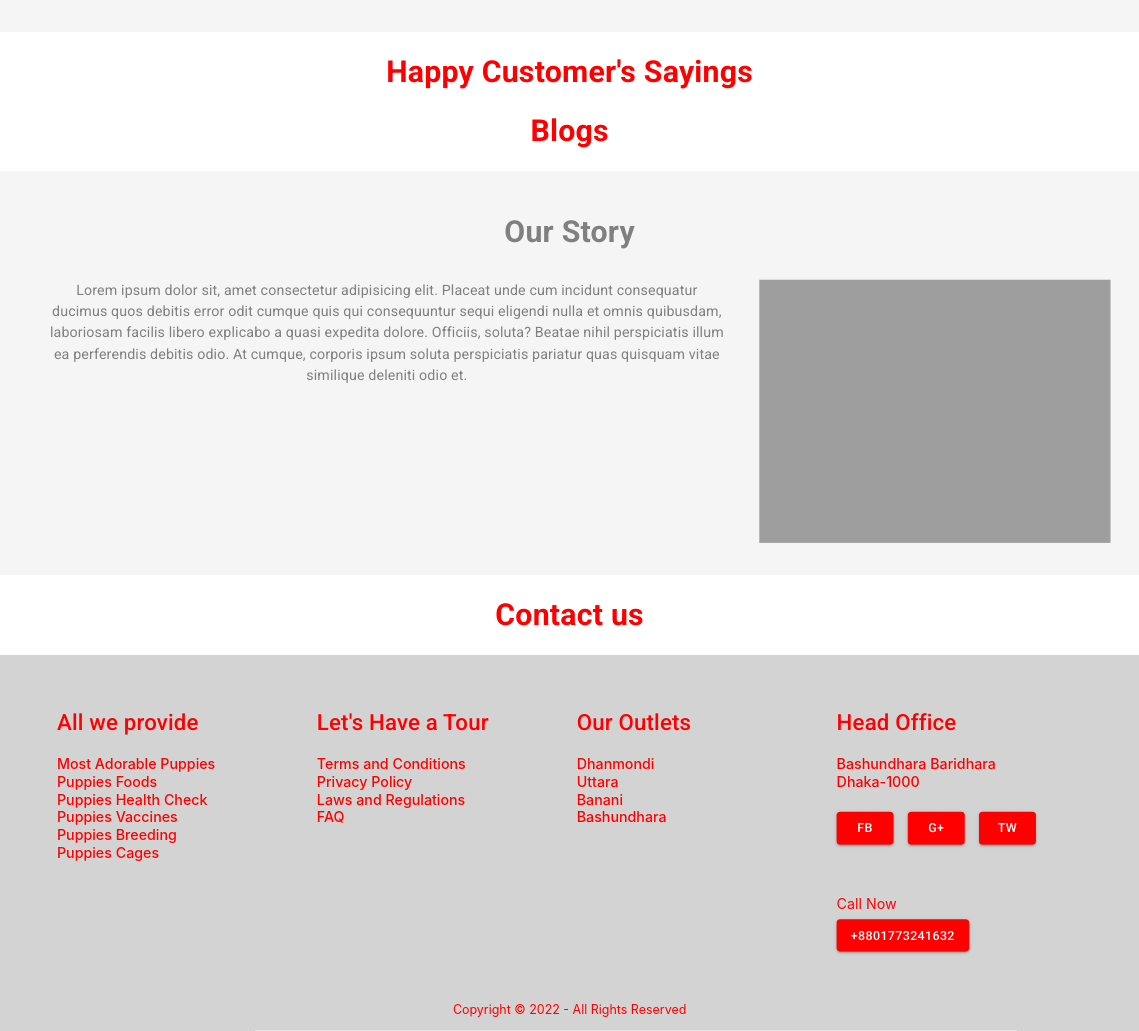
Repository: Sharif-00112/dogos-paradise-client
Page: /
The author's editor kept a copy of each file at every save. The page is drawn from the files as they stood at one save, then again after the next save.
The browser window is 1280 px wide. The pictures show the part of the page from y = 1582 to 2740 px (the page is 2740 px tall), at 89% of full size.
Pictures or frames that could not be fetched are drawn as grey boxes. The page's requests for data from a server got no answer. The project was rebuilt for these pictures with package versions that can differ from the ones it lists, and the page was loaded fresh each time. Some packages were replaced by stand-ins written for this rebuild. No one was signed in, and anything a server would have sent is missing. Also part of the build but not shown: src/Pages/Home/Dog/Dog.js, src/Pages/Login/Login/Login.js, src/Pages/Login/Register/Register.js, src/Pages/NotFound/NotFound.js.

Above is the page before, as saved 2022-12-05 22:33:04.

### public/index.html
<!DOCTYPE html>
<html lang="en">
  <head>
    <meta charset="utf-8" />
    <link rel="icon" href="%PUBLIC_URL%/favicon.ico" />
    <meta name="viewport" content="width=device-width, initial-scale=1" />
    <meta name="theme-color" content="#000000" />
    <meta
      name="description"
      content="Web site created using create-react-app"
    />
    <link
      rel="stylesheet" href="https://fonts.googleapis.com/css?family=Roboto:300,400,500,700&display=swap"
    />

    <link rel="apple-touch-icon" href="%PUBLIC_URL%/logo192.png" />
    <!--
      manifest.json provides metadata used when your web app is installed on a
      user's mobile device or desktop. See https://developers.google.com/web/fundamentals/web-app-manifest/
    -->
    <link rel="manifest" href="%PUBLIC_URL%/manifest.json" />
    <!--
      Notice the use of %PUBLIC_URL% in the tags above.
      It will be replaced with the URL of the `public` folder during the build.
      Only files inside the `public` folder can be referenced from the HTML.

      Unlike "/favicon.ico" or "favicon.ico", "%PUBLIC_URL%/favicon.ico" will
      work correctly both with client-side routing and a non-root public URL.
      Learn how to configure a non-root public URL by running `npm run build`.
    -->
    <title>React App</title>
  </head>
  <body>
    <noscript>You need to enable JavaScript to run this app.</noscript>
    <div id="root"></div>
    <!--
      This HTML file is a template.
      If you open it directly in the browser, you will see an empty page.

      You can add webfonts, meta tags, or analytics to this file.
      The build step will place the bundled scripts into the <body> tag.

      To begin the development, run `npm start` or `yarn start`.
      To create a production bundle, use `npm run build` or `yarn build`.
    -->
  </body>
</html>

### src/App.js
import React  from 'react';
import './App.css';
import { BrowserRouter as Router, Route, Routes} from 'react-router-dom';
import Home from './Pages/Home/Home/Home';
import Login from './Pages/Login/Login/Login';
import Register from './Pages/Login/Register/Register';
import AuthProvider from './contexts/AuthProvider/AuthProvider';
// import PrivateRoute from './Pages/Login/PrivateRoute/PrivateRoute';
import NotFound from './Pages/NotFound/NotFound';
import Contact from './Pages/Home/Contact/Contact';
import Story from './Pages/Home/Story/Story';
import CustomerReviews from './Pages/Home/CustomerReviews/CustomerReviews';
import Blogs from './Pages/Home/Blogs/Blogs';
import About from './Pages/Home/About/About';
import Dogs from './Pages/Home/Dogs/Dogs';
// import Footer from './Pages/Shared/Footer/Footer';
// import Dashboard from './Pages/Dashboard/Dashboard/Dashboard';

function App() {
  return (
    <div className="App">
      <AuthProvider>
        <Router>
          <Routes>
            <Route exact path = '/' element={<Home/>}/>
            <Route exact path = '/home' element={<Home/>}/>
            <Route exact path = '/login' element={<Login/>}/>
            <Route exact path = '/register' element={<Register/>}/>
            <Route exact path = '/contact' element={<Contact/>}/>
            <Route exact path = '/dogs' element={<Dogs/>}/>
            <Route exact path = '/story' element={<Story/>}/>
            <Route exact path = '/reviews' element={<CustomerReviews/>}/>
            <Route exact path = '/blogs' element={<Blogs/>}/>
            <Route exact path = '/about' element={<About/>}/>
            {/* <Route exact path = '/appointment' element = {
              <PrivateRoute>
                <Appointment></Appointment>
              </PrivateRoute>
            }> </Route> */}
            {/* <Route path = 'dashboard/*' element = {
              <PrivateRoute>
                <Dashboard></Dashboard>
              </PrivateRoute>
            }> </Route> */}
            <Route path = '*' element={<NotFound/>}/>
          </Routes>
          {/* <Footer></Footer> */}
        </Router>
      </AuthProvider>
    </div>
  );
}

export default App;

### src/Pages/Home/Home/Home.js
import React from 'react';
import Footer from '../../Shared/Footer/Footer';
import Navigation from '../../Shared/Navigation/Navigation';
import About from '../About/About';
import Banner from '../Banner/Banner';
import Blogs from '../Blogs/Blogs';
import Contact from '../Contact/Contact';
import CustomerReviews from '../CustomerReviews/CustomerReviews';
import Dogs from '../Dogs/Dogs';
import Story from '../Story/Story';

const Home = () => {
    return (
        <div>
            <Navigation></Navigation>
            <Banner></Banner>
            <Dogs></Dogs>
            <Story></Story>
            <CustomerReviews></CustomerReviews>
            <Blogs></Blogs>
            <About></About>
            <Contact></Contact>
            <Footer></Footer>
        </div>
    );
};

export default Home;

### src/contexts/AuthProvider/AuthProvider.js
import React from 'react';
import { createContext } from 'react';
import useFirebase from '../../hooks/useFirebase';

//step-1-context
export const AuthContext = createContext();

const AuthProvider = (props) => {
    //step-3-context
    const {children} = props;

    //step-5-context
    const allContexts = useFirebase();

    return (
        //step-2-context
        <AuthContext.Provider value={allContexts}>
            {children}
        </AuthContext.Provider>
    );
};

export default AuthProvider;

### src/Pages/Home/Contact/Contact.js
import React from 'react';
import { Typography } from '@mui/material';

const Contact = () => {
    return (
        <div>
            <Typography sx={{ m: 3, color: 'red', fontWeight: 600 }} variant="h4" component="div">
                Contact us
            </Typography>
        </div>
    );
};

export default Contact;

### src/Pages/Home/Story/Story.js
import React from 'react';
import { Typography } from '@mui/material';
import Box from '@mui/material/Box';
import Grid from '@mui/material/Unstable_Grid2';


const Story = () => {
    return (
        <Box sx={{backgroundColor:"whitesmoke", p:4}}>
            <Typography sx={{ mt: 2, mb:4, color: 'gray', fontWeight: 600 }} variant="h4" component="div">
                Our Story
            </Typography>
            <Box sx={{ flexGrow: 1 }}>
                <Grid container spacing={2}>
                    <Grid xs={6} md={4}>
                        <img style={{ width: '100%'}} src="https://i.ibb.co/M8w31YS/dog-story.jpg" alt="dog-story" />
                    </Grid>
                    <Grid xs={6} md={8}>
                        <Typography sx={{ mx: 1, my:3, color: 'gray', fontWeight: 400 }} variant="body1" component="div">
                            Lorem ipsum dolor sit, amet consectetur adipisicing elit. Placeat unde cum incidunt consequatur ducimus quos debitis error odit cumque quis qui consequuntur sequi eligendi nulla et omnis quibusdam, laboriosam facilis libero explicabo a quasi expedita dolore. Officiis, soluta? Beatae nihil perspiciatis illum ea perferendis debitis odio. At cumque, corporis ipsum soluta perspiciatis pariatur quas quisquam vitae similique deleniti odio et.
                        </Typography>
                    </Grid>
                </Grid>
            </Box>
        </Box>
    );
};

export default Story;

### src/Pages/Home/CustomerReviews/CustomerReviews.js
import React from 'react';
import { Typography } from '@mui/material';


const CustomerReviews = () => {
    return (
        <div>
            <Typography sx={{ m: 3, color: 'red', fontWeight: 600 }} variant="h4" component="div">
                Happy Customer's Sayings
            </Typography>
        </div>
    );
};

export default CustomerReviews;

### src/Pages/Home/Blogs/Blogs.js
import React from 'react';
import { Typography } from '@mui/material';


const Blogs = () => {
    return (
        <div>
            <Typography sx={{ m: 3, color: 'red', fontWeight: 600 }} variant="h4" component="div">
                Blogs
            </Typography>
        </div>
    );
};

export default Blogs;

### src/Pages/Home/About/About.js
import React from 'react';
import { Typography } from '@mui/material';
import Box from '@mui/material/Box';
import Grid from '@mui/material/Unstable_Grid2';

const About = () => {
    return (
        <Box sx={{backgroundColor:"whitesmoke", p:4}}>
        <Typography sx={{ mt: 2, mb:4, color: 'gray', fontWeight: 600 }} variant="h4" component="div">
            Our Story
        </Typography>
        <Box sx={{ flexGrow: 1 }}>
            <Grid container spacing={2}>
                <Grid xs={6} md={8}>
                    <Typography sx={{ mx: 3, color: 'gray', fontWeight: 400 }} variant="body1" component="div">
                        Lorem ipsum dolor sit, amet consectetur adipisicing elit. Placeat unde cum incidunt consequatur ducimus quos debitis error odit cumque quis qui consequuntur sequi eligendi nulla et omnis quibusdam, laboriosam facilis libero explicabo a quasi expedita dolore. Officiis, soluta? Beatae nihil perspiciatis illum ea perferendis debitis odio. At cumque, corporis ipsum soluta perspiciatis pariatur quas quisquam vitae similique deleniti odio et.
                    </Typography>
                </Grid>
                <Grid xs={6} md={4}>
                    <img style={{ width: '100%'}} src="https://i.ibb.co/c2xbHpP/dog-about.jpg" alt="dog-story" />
                </Grid>
            </Grid>
        </Box>
    </Box>
    );
};

export default About;

### src/Pages/Home/Dogs/Dogs.js
import React, { useEffect, useState } from 'react';
import Box from '@mui/material/Box';
import Grid from '@mui/material/Unstable_Grid2';
import Typography from '@mui/material/Typography';
import { Container } from '@mui/material';
import Dog from '../Dog/Dog';

// const dogs = [
//     {
//         title: "Siberian Husky",
//         age: '13',
//         breed: 'Mixed',
//         image: 'https://i.ibb.co/VV1yxdy/dog-1.jpg',
//         price: 700,
//         description: 'Lorem ipsum dolor sit amet, consectetur adipisicing elit. Quo, magni ab. Sed aut nesciunt neque laudantium culpa sit? Possimus, id.'
//     },
//     {
//         title: "German Shepherd",
//         age: '8',
//         breed: 'Mixed',
//         image: 'https://i.ibb.co/tZcvfCd/dog-2.jpg',
//         price: 700,
//         description: 'Lorem ipsum dolor sit amet, consectetur adipisicing elit. Quo, magni ab. Sed aut nesciunt neque laudantium culpa sit? Possimus, id.'
//     },
//     {
//         title: "Golden Retriever",
//         age: '5',
//         breed: 'Mixed',
//         image: 'https://i.ibb.co/YPHDzsb/dog-3.jpg',
//         price: 700,
//         description: 'Lorem ipsum dolor sit amet, consectetur adipisicing elit. Quo, magni ab. Sed aut nesciunt neque laudantium culpa sit? Possimus, id.'
//     },
//     {
//         title: "Bulldog",
//         age: '6',
//         breed: 'Mixed',
//         image: 'https://i.ibb.co/bjty4nS/dog-4.jpg',
//         price: 700,
//         description: 'Lorem ipsum dolor sit amet, consectetur adipisicing elit. Quo, magni ab. Sed aut nesciunt neque laudantium culpa sit? Possimus, id.'
//     },
//     {
//         title: "Irish Setter",
//         age: '9',
//         breed: 'Mixed',
//         image: 'https://i.ibb.co/QPSnF0t/dog-5.jpg',
//         price: 700,
//         description: 'Lorem ipsum dolor sit amet, consectetur adipisicing elit. Quo, magni ab. Sed aut nesciunt neque laudantium culpa sit? Possimus, id.'
//     },
//     {
//         title: "Brussels Griffon",
//         age: '4',
//         breed: 'Mixed',
//         image: 'https://i.ibb.co/z5kJHB2/dog-6.jpg',
//         price: 700,
//         description: 'Lorem ipsum dolor sit amet, consectetur adipisicing elit. Quo, magni ab. Sed aut nesciunt neque laudantium culpa sit? Possimus, id.'
//     },
//     {
//         title: "Newfoundland",
//         age: '15',
//         breed: 'Mixed',
//         image: 'https://i.ibb.co/mD4CtfC/dog-7.jpg',
//         price: 700,
//         description: 'Lorem ipsum dolor sit amet, consectetur adipisicing elit. Quo, magni ab. Sed aut nesciunt neque laudantium culpa sit? Possimus, id.'
//     },
//     {
//         title: "French Bulldog",
//         age: '7',
//         breed: 'Mixed',
//         image: 'https://i.ibb.co/PCQT44S/dog-8.jpg',
//         price: 700,
//         description: 'Lorem ipsum dolor sit amet, consectetur adipisicing elit. Quo, magni ab. Sed aut nesciunt neque laudantium culpa sit? Possimus, id.'
//     },
//     {
//         title: "Beagle",
//         age: '12',
//         breed: 'Mixed',
//         image: 'https://i.ibb.co/XLvC5BW/dog-9.jpg',
//         price: 700,
//         description: 'Lorem ipsum dolor sit amet, consectetur adipisicing elit. Quo, magni ab. Sed aut nesciunt neque laudantium culpa sit? Possimus, id.'
//     },
//     {
//         title: "Poodle",
//         age: '15',
//         breed: 'Mixed',
//         image: 'https://i.ibb.co/rxMv41c/dog-10.jpg',
//         price: 700,
//         description: 'Lorem ipsum dolor sit amet, consectetur adipisicing elit. Quo, magni ab. Sed aut nesciunt neque laudantium culpa sit? Possimus, id.'
//     }
// ]

const Dogs = () => {
    const [dogs, setDogs] = useState([]);

    useEffect(() => {
        fetch('http://localhost:3005/dogs')
        .then(res => res.json())
        .then(data => setDogs(data))
    }, []);

    return (
        <div>
            <Box sx={{ flexGrow: 1, backgroundColor:"lightblue", py:4 }}>
                <Container>
                    <Typography sx={{ p:3, color: 'red', fontWeight: 600 }} variant="h4" component="div">
                        Dogs Waiting for you to adapt
                    </Typography>

                    <Grid container spacing={{ xs: 2, md: 3 }} columns={{ xs: 4, sm: 8, md: 12 }}>
                        {
                            dogs.map(dog => (
                                <Grid xs={2} sm={4} md={4} key={dog._id}>
                                    <Dog
                                        key= {dog._id}
                                        dog = {dog}
                                    ></Dog>
                                </Grid>
                            ))
                        }
                    </Grid>
                </Container>
            </Box>
        </div>
    );
};

export default Dogs;

### src/Pages/Home/Banner/Banner.js
import React from 'react';
import { Typography } from '@mui/material';

const Banner = () => {
    return (
        <div>
            {/* <Typography sx={{ m: 3, color: 'red', fontWeight: 600 }} variant="h4" component="div">
                Head Banner
            </Typography> */}
            <img style={{ width: '100%'}} src="https://i.ibb.co/Mnn0NX3/dog-cover-1.jpg" alt="dog-human playing" />
            <Typography sx={{ mt: -25, mb:8, color: 'red', fontWeight: 700 }} variant="h4" component="div">
                Dogs are not only pets;
                <br /> <br />
                They are "L O V E"
            </Typography>
        </div>
    );
};

export default Banner;

### src/hooks/useAuth.js
//step-6-context

import { useContext } from "react"
import { AuthContext } from "../../src/contexts/AuthProvider/AuthProvider"

const useAuth = () =>{
    return useContext(AuthContext);
}

export default useAuth;

### src/Pages/Login/Firebase/firebase.initialize.js
import { initializeApp } from "firebase/app";
import firebaseConfig from "./firebase.config";

const initializeAuthentication = () =>{
    initializeApp(firebaseConfig);
}

export default initializeAuthentication;

### src/Pages/Login/Firebase/firebase.config.js
// console.log(process.env);

const firebaseConfig = {
  apiKey: process.env.REACT_APP_FIREBASE_API_KEY,
  authDomain: process.env.REACT_APP_FIREBASE_AUTH_DOMAIN,
  projectId: process.env.REACT_APP_FIREBASE_PROJECT_ID,
  storageBucket: process.env.REACT_APP_FIREBASE_STORAGE_BUCKET,
  messagingSenderId: process.env.REACT_APP_FIREBASE_MESSAGING_SENDER_ID,
  appId: process.env.REACT_APP_FIREBASE_APP_ID,
  measurementId: process.env.REACT_APP_FIREBASE_MEASUREMENT_ID
};

export default firebaseConfig;

// .env.local
// REACT_APP_FIREBASE_API_KEY=AIzaSyCGaQ8G2l5KeOKX4bAJ7MC19oWW_2vnTNQ
// REACT_APP_FIREBASE_AUTH_DOMAIN=dogos-paradise.firebaseapp.com
// REACT_APP_FIREBASE_PROJECT_ID=dogos-paradise
// REACT_APP_FIREBASE_STORAGE_BUCKET=dogos-paradise.appspot.com
// REACT_APP_FIREBASE_MESSAGING_SENDER_ID=824394057307
// REACT_APP_FIREBASE_APP_ID=1:824394057307:web:727ac0c86627b9544a617e
// REACT_APP_FIREBASE_MEASUREMENT_ID=G-DL8JJ6MYSD

// const firebaseConfig = {
  // apiKey: "AIzaSyCGaQ8G2l5KeOKX4bAJ7MC19oWW_2vnTNQ",
  // authDomain: "dogos-paradise.firebaseapp.com",
  // projectId: "dogos-paradise",
  // storageBucket: "dogos-paradise.appspot.com",
  // messagingSenderId: "824394057307",
  // appId: "1:824394057307:web:727ac0c86627b9544a617e",
  // measurementId: "G-DL8JJ6MYSD"
// };

Loaded but not shown: src/index.js (common file); src/index.css (common file); src/reportWebVitals.js (common file); src/App.css (common file); src/Pages/Shared/Navigation/Navigation.js (229 lines, source omitted); src/hooks/useFirebase.js (273 lines, source omitted); src/Pages/Shared/Footer/Footer.js (156 lines, source omitted)

After the next save:
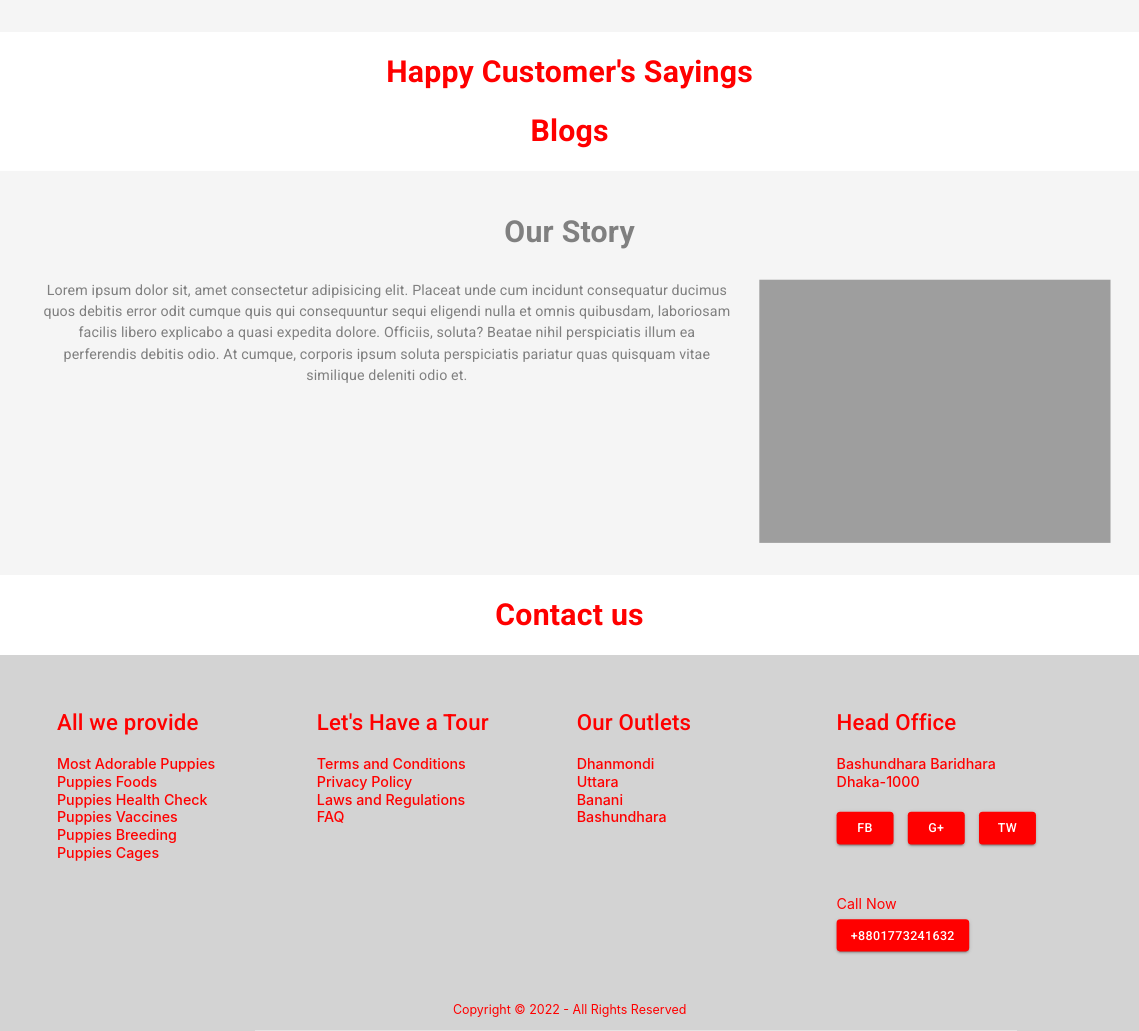
Saved 16 s later.
--- a/src/Pages/Home/About/About.js
+++ b/src/Pages/Home/About/About.js
@@ -12,7 +12,7 @@ const About = () => {
         <Box sx={{ flexGrow: 1 }}>
             <Grid container spacing={2}>
                 <Grid xs={6} md={8}>
-                    <Typography sx={{ mx: 3, color: 'gray', fontWeight: 400 }} variant="body1" component="div">
+                    <Typography sx={{ mx: 2, color: 'gray', fontWeight: 400 }} variant="body1" component="div">
                         Lorem ipsum dolor sit, amet consectetur adipisicing elit. Placeat unde cum incidunt consequatur ducimus quos debitis error odit cumque quis qui consequuntur sequi eligendi nulla et omnis quibusdam, laboriosam facilis libero explicabo a quasi expedita dolore. Officiis, soluta? Beatae nihil perspiciatis illum ea perferendis debitis odio. At cumque, corporis ipsum soluta perspiciatis pariatur quas quisquam vitae similique deleniti odio et.
                     </Typography>
                 </Grid>
